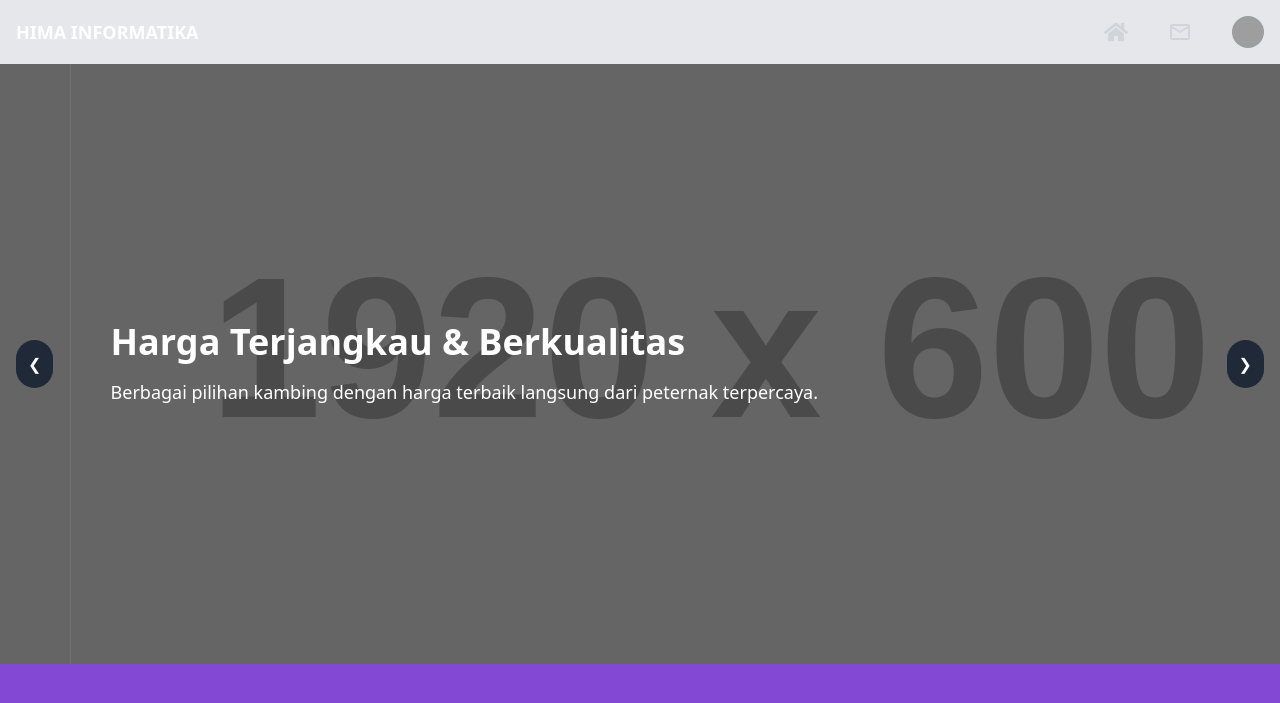
Repository: MUHAMADTEGARWIJAYA/himaif
Page: /
These files come from the project's save history. The page is drawn as it stood at one moment and after the next save; the edit follows.
The browser window is 1280 px wide. The pictures show the whole page.
Pictures or frames that could not be fetched are drawn as grey boxes. The project was rebuilt for these pictures with package versions that can differ from the ones it lists, and the page was loaded fresh each time. Also part of the build but not shown: vite.config.js.

Above is the page before, as saved 2024-12-21 10:55:38.

After the next save:
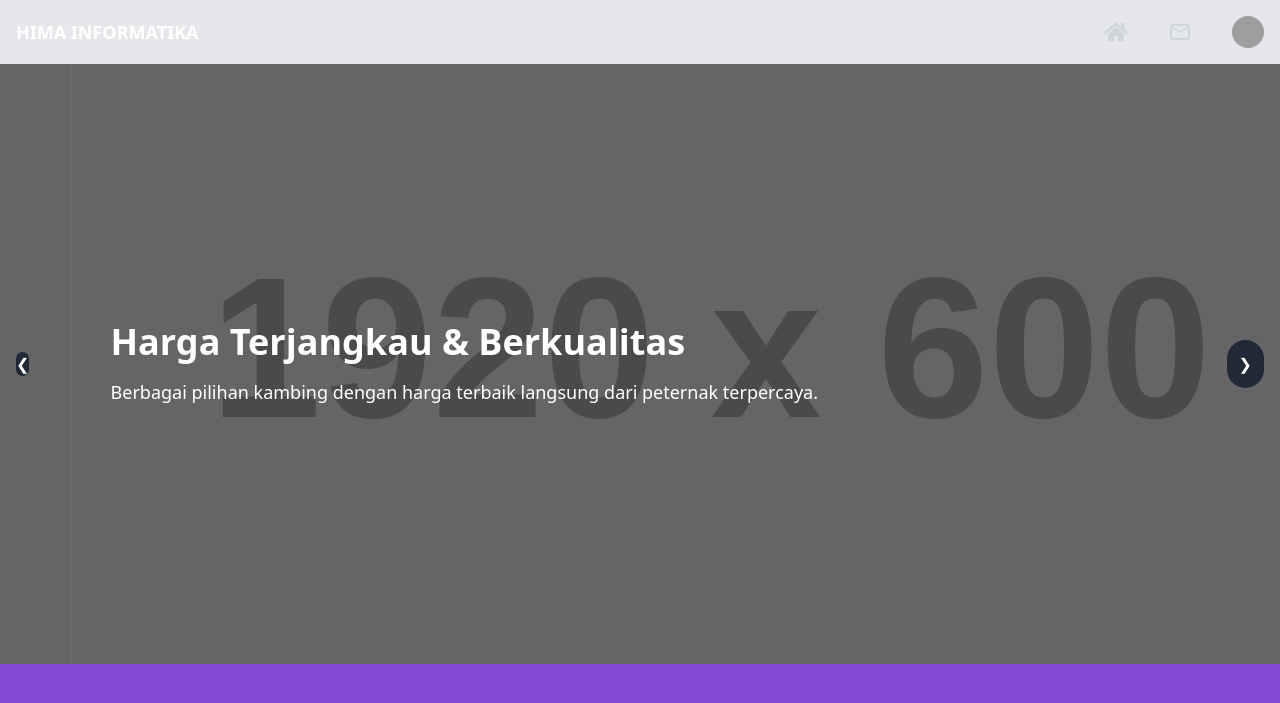
Saved 16 min 16 s later.
--- a/src/pages/Content.jsx
+++ b/src/pages/Content.jsx
@@ -69,7 +69,7 @@ const Slider = () => {
       </div>
       <button
         onClick={prevSlide}
-        className="absolute top-1/2 left-4 -translate-y-1/2 bg-gray-800 text-white rounded-full p-3"
+        className="absolute top-1/2 left-4 -translate-y-1/2 bg-gray-800 text-white rounded-full"
       >
         &#10094;
       </button>
